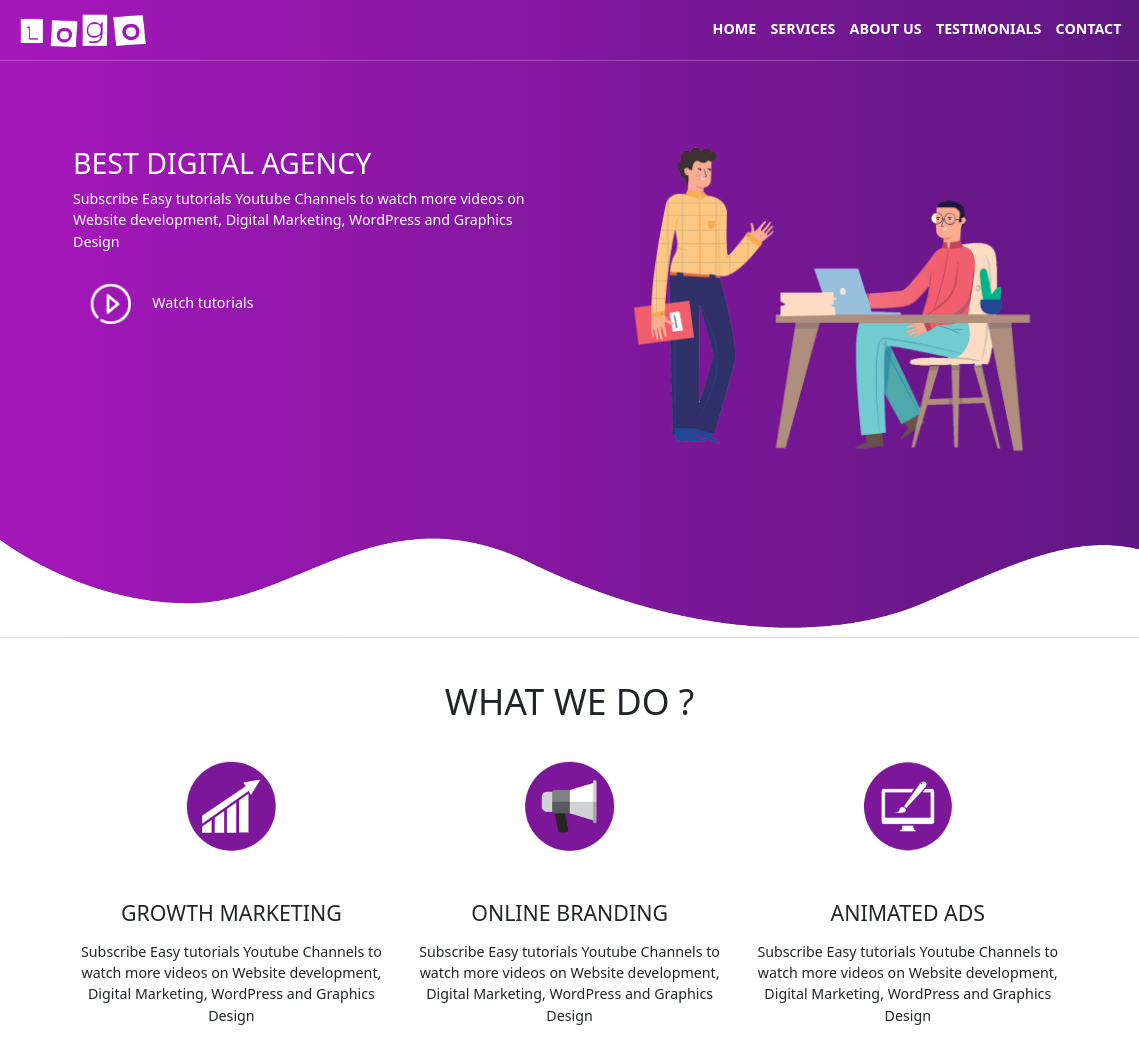
Repository: wadelfadill/Bootstrap_tache_2_website_design
Page: index.html
The author's editor kept a copy of each file at every save. The page is drawn from the files as they stood at one save, then again after the next save.
The browser window is 1280 px wide. The pictures show the whole page, at 89% of full size.
Some web libraries are served in a nearby version.

Above is the page before, as saved 2023-04-05 16:39:52.

After the next save:
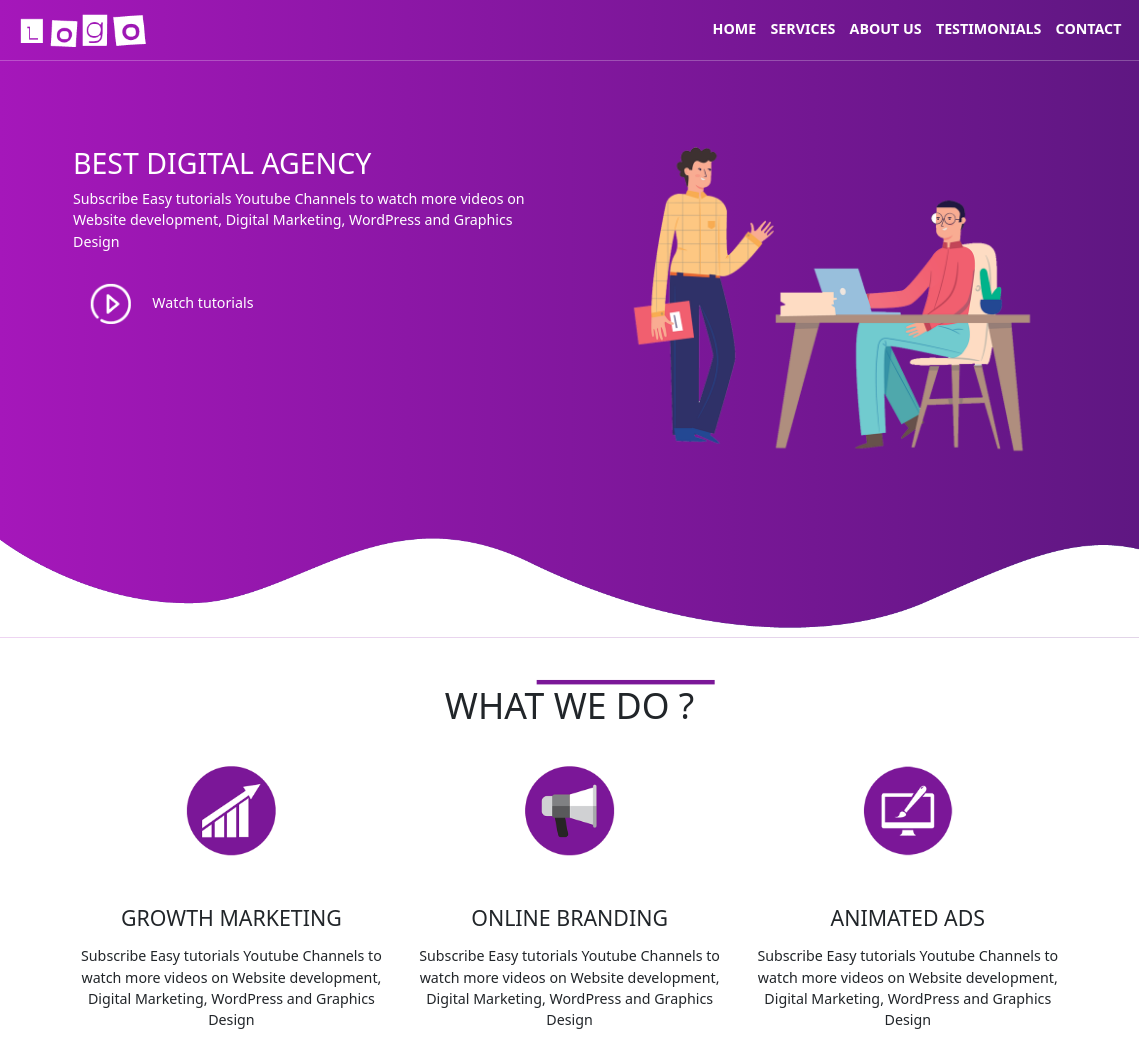
Saved 2 min 6 s later.
--- a/style.css
+++ b/style.css
@@ -22,3 +22,13 @@
     width: 100px;
     margin-top: 20px;
 }
+.title::before{
+    content: '';
+    background: #7b1798;
+    height: 5px;
+    width: 200px;
+    margin-left: auto;
+    margin-right: auto;
+    display: block;
+    transform: translate(63px);
+}
